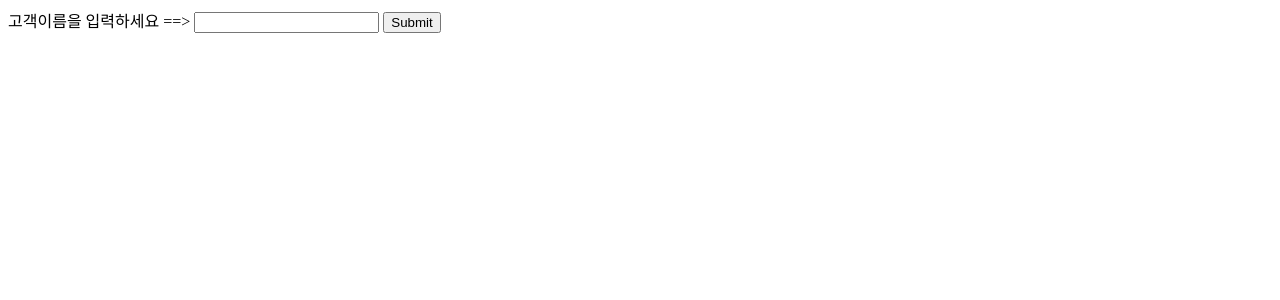
Repository: JUNGJAYOUNG/database_web
Page: http://localhost/day1110/searchOrders.jsp
An editor plug-in stored every save of this project. The page is shown before and after the next save, followed by the edit.
The browser window is 1280 px wide. The pictures show the whole page.
The page is served by Tomcat 9.

Above is the page before, as saved 2021-11-10 01:28:42.

After the next save:
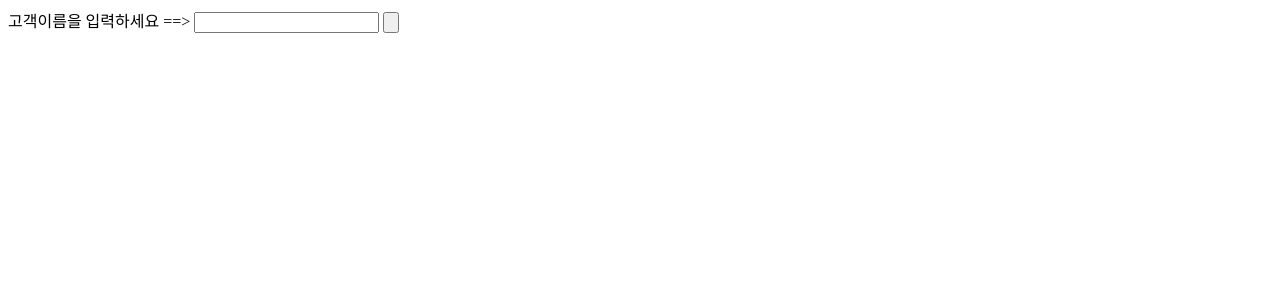
Saved 1 s later.
--- a/day1110/src/main/webapp/searchOrders.jsp
+++ b/day1110/src/main/webapp/searchOrders.jsp
@@ -9,7 +9,7 @@
 <body>
 	<form action="searchOrders.jsp" method="post">
 		고객이름을 입력하세요 ==> <input type="text">
-		<input type="submit" values==""
+		<input type="submit" value=""
 
 	</form>
 </body>
